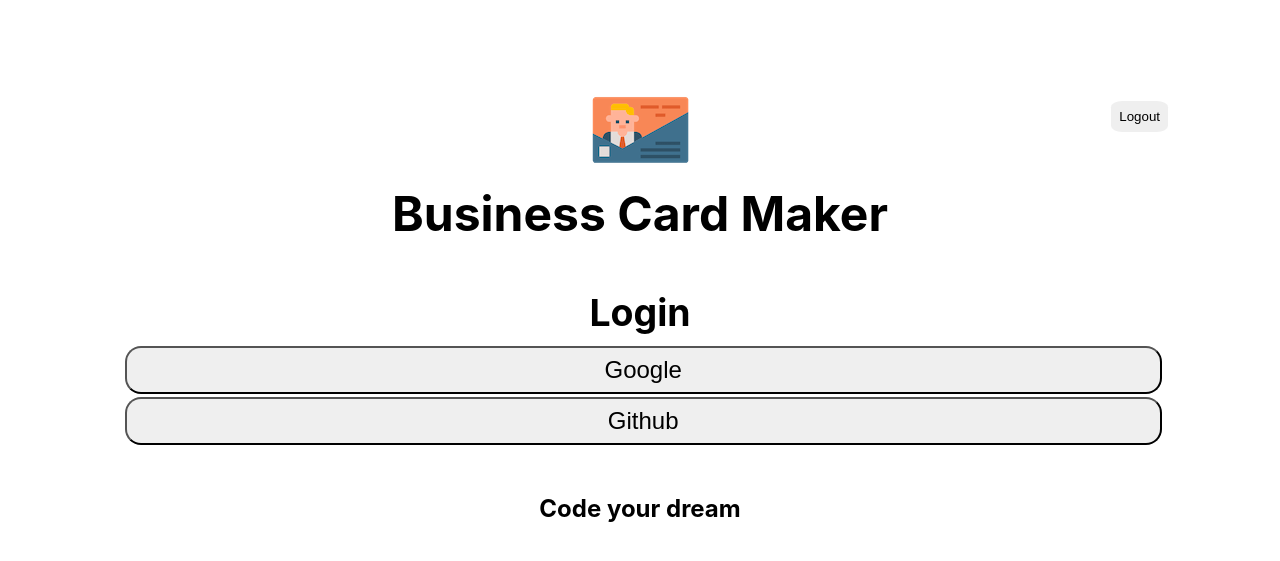
Repository: gomgomigom/firebase_practice_card_maker
Page: /
An editor plug-in stored every save of this project. The page is shown before and after the next save, followed by the edit.
The browser window is 1280 px wide. The pictures show the whole page.
The page's requests for data from a server got no answer. The project was rebuilt for these pictures with package versions that can differ from the ones it lists, and the page was loaded fresh each time. No one was signed in, and anything a server would have sent is missing. Also part of the build but not shown: src/app.css.

Above is the page before, as saved 2022-01-21 14:24:31.

After the next save:
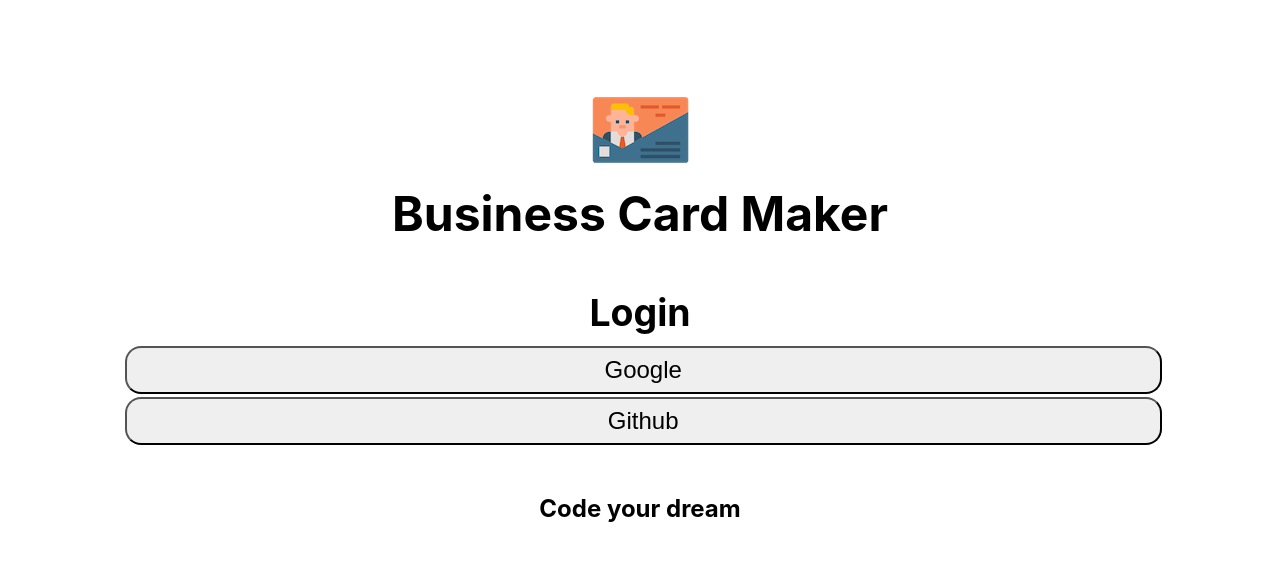
Saved 99 s later.
--- a/src/components/header/header.jsx
+++ b/src/components/header/header.jsx
@@ -4,7 +4,7 @@ import styles from './header.module.css';
 const Header = ({ onLogout }) => {
   return (
     <header className={styles.header}>
-      {true && (
+      {onLogout && (
         <button className={styles.logout} onClick={onLogout}>
           Logout
         </button>
